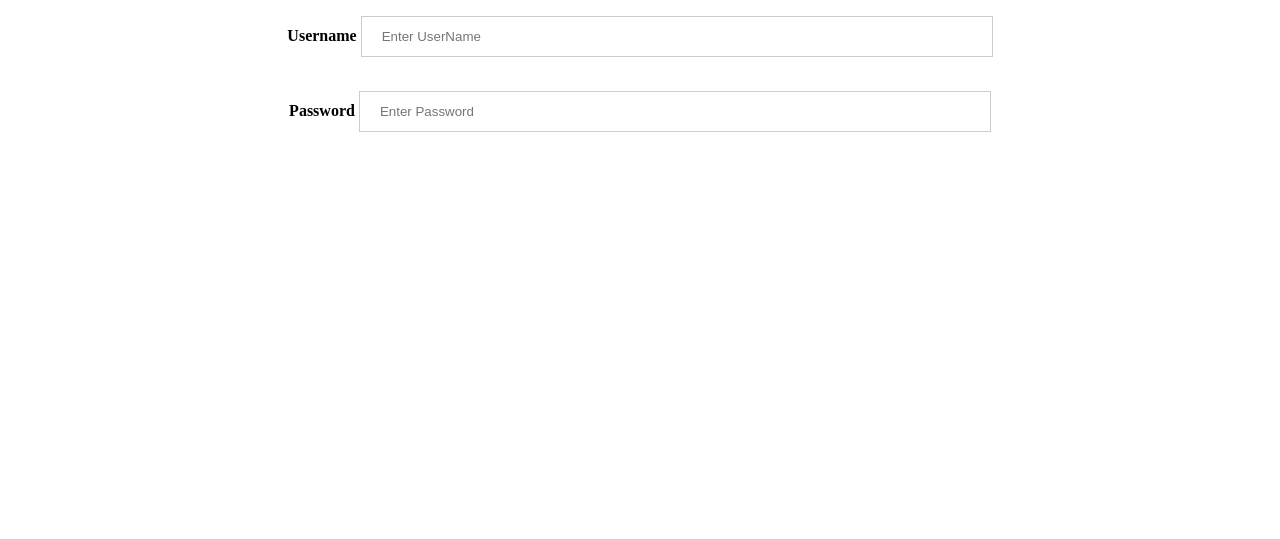
Repository: jagdishpatil18/JavaAdv
Page: Login_App/WebContent/index.html
An editor plug-in stored every save of this project. The page is shown before and after the next save, followed by the edit.
The browser window is 1280 px wide. The pictures show the whole page.

Above is the page before, as saved 2017-04-27 05:18:09.

After the next save:
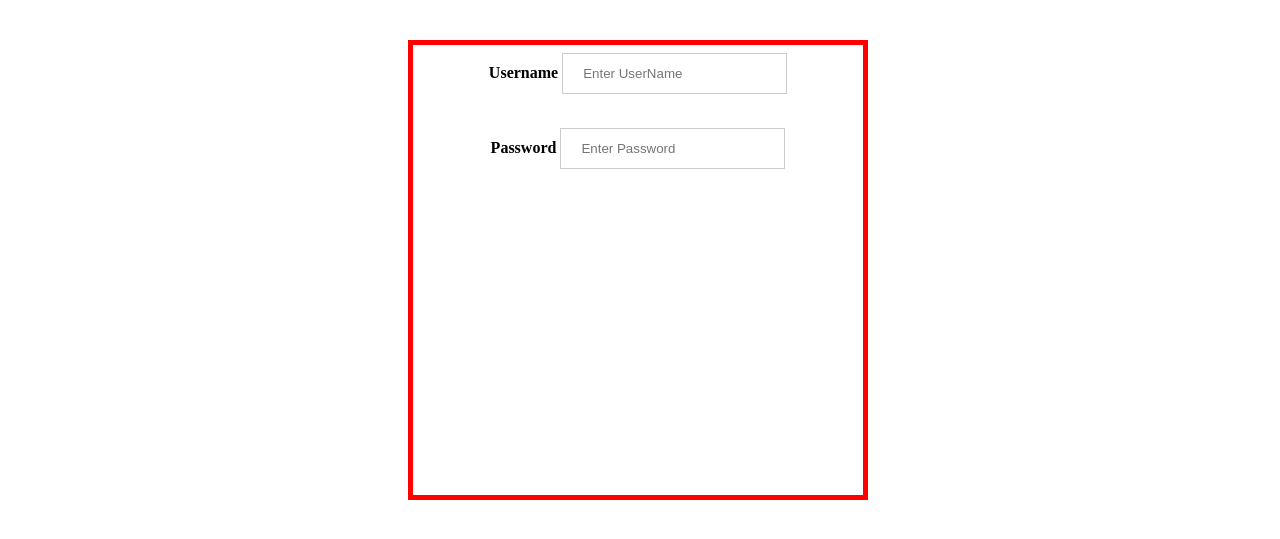
Saved 15 s later.
--- a/Login_App/WebContent/index.html
+++ b/Login_App/WebContent/index.html
@@ -27,7 +27,7 @@ margin-top: 40px;
 <body>
 	<form action="ServletLogin" method="post">
 
-		<div>
+		<div class="div">
 			<center>
 				<label><b>Username</b></label> <input type="text"
 					placeholder="Enter UserName" name="username"><br></br> <label><b>Password</b></label>
